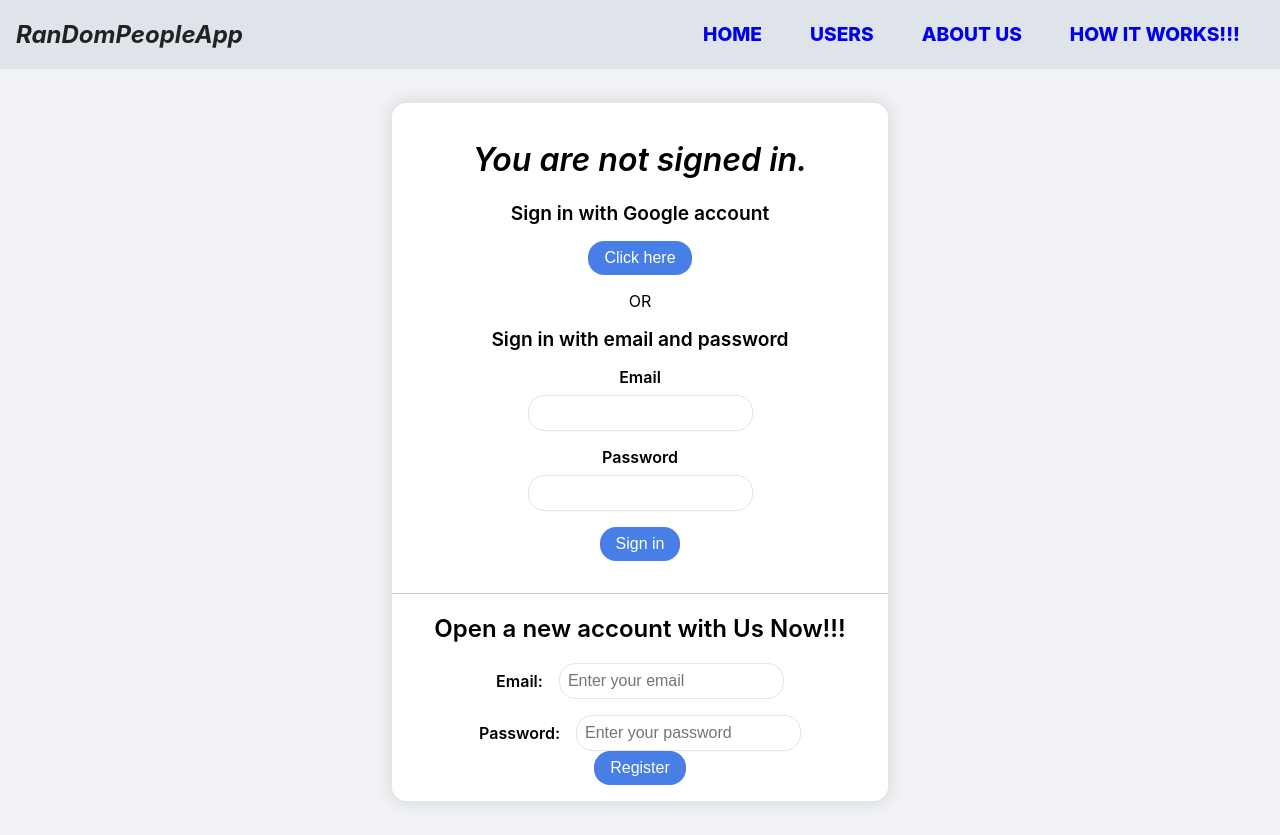
Repository: MikkyPrestige/RandomProfiles
Page: /profile
The author's editor kept a copy of each file at every save. The page is drawn from the files as they stood at one save, then again after the next save.
The browser window is 1280 px wide. The pictures show the whole page.
The page's requests for data from a server got no answer. The project was rebuilt for these pictures with package versions that can differ from the ones it lists, and the page was loaded fresh each time. Some packages were replaced by stand-ins written for this rebuild. No one was signed in, and anything a server would have sent is missing. Also part of the build but not shown: src/assets/styles/home.css, src/components/avatar.jsx, src/components/home.jsx, src/assets/styles/users.css, src/components/users.jsx, src/assets/styles/search.css, src/components/search.jsx, src/assets/styles/help.css and 6 more.

Above is the page before, as saved 2022-11-30 04:08:04.

### public/index.html
<!DOCTYPE html>
<html lang="en">

<head>
  <meta charset="utf-8" />
  <link rel="icon" href="%PUBLIC_URL%/favicon.ico" />
  <meta name="viewport" content="width=device-width, initial-scale=1" />
  <meta name="theme-color" content="#000000" />
  <meta name="description" content="Web site created using create-react-app" />
  <link rel="apple-touch-icon" href="%PUBLIC_URL%/logo192.png" />
  <!--
      manifest.json provides metadata used when your web app is installed on a
      user's mobile device or desktop. See https://developers.google.com/web/fundamentals/web-app-manifest/
    -->
  <link rel="manifest" href="%PUBLIC_URL%/manifest.json" />
  <!--
      Notice the use of %PUBLIC_URL% in the tags above.
      It will be replaced with the URL of the `public` folder during the build.
      Only files inside the `public` folder can be referenced from the HTML.

      Unlike "/favicon.ico" or "favicon.ico", "%PUBLIC_URL%/favicon.ico" will
      work correctly both with client-side routing and a non-root public URL.
      Learn how to configure a non-root public URL by running `npm run build`.
    -->
  <title>AltSchool Assignment 2</title>
</head>

<body>
  <noscript>You need to enable JavaScript to run this app.</noscript>
  <div id="root"></div>
  <!--
      This HTML file is a template.
      If you open it directly in the browser, you will see an empty page.

      You can add webfonts, meta tags, or analytics to this file.
      The build step will place the bundled scripts into the <body> tag.

      To begin the development, run `npm start` or `yarn start`.
      To create a production bundle, use `npm run build` or `yarn build`.
    -->
</body>

</html>

### src/index.css
body {
  margin: 0;
  font-family: -apple-system, BlinkMacSystemFont, 'Segoe UI', 'Roboto', 'Oxygen',
    'Ubuntu', 'Cantarell', 'Fira Sans', 'Droid Sans', 'Helvetica Neue',
    sans-serif;
  -webkit-font-smoothing: antialiased;
  -moz-osx-font-smoothing: grayscale;
  background-color: #f1f2f6;
}

code {
  font-family: source-code-pro, Menlo, Monaco, Consolas, 'Courier New',
    monospace;
}

### src/App.jsx
import * as React from "react";
import { ErrorBoundary } from "react-error-boundary";
import { Route, Routes } from "react-router-dom";
import {
  Layout,
  Home,
  Users,
  Search,
  Help,
  About,
  Error,
  ErrorFallBack,
  Profile,
  // Footer,
} from "./components";

const App = () => {
  return (
    <div className="App">
      <main>
        <ErrorBoundary FallbackComponent={ErrorFallBack}>
          <Layout />
          <Routes>
            <Route path="/" element={<Home />} />
            <Route path="users">
              <Route index element={<Users />} />
              <Route path=":id" element={<Search />} />
            </Route>
            <Route path="profile" element={<Profile />} />
            <Route path="help" element={<Help />} />
            <Route path="about" element={<About />} />
            <Route path="*" element={<Error />} />
          </Routes>
        </ErrorBoundary>
        {/* <Footer /> */}
      </main>
    </div>
  );
};

export default App;

### src/components/index.js
export { default as Layout } from "./layout";
export { default as Home } from "./home";
export { default as Users } from "./users";
export { default as Search } from "./search";
export { default as Help } from "./help";
export { default as About } from "./about";
export { default as Error } from "./error";
export { default as ErrorFallBack } from "./errorFallback";
export { default as Profile } from "./profile";
export { Footer } from "./avatar";

### src/components/layout.jsx
// LAYOUT COMPONENT - This component is for the App Layout that displays the Navigation bar in the app UI to the user when app is open

import { NavLink } from "react-router-dom";
import "../assets/styles/layout.css";

const CustomNavLink = ({ to, ...props }) => {
  let activeStyle = {
    textDecoration: 'underline',
    color: 'red',
  };

  return (
    <NavLink
      style={({ isActive }) =>
        isActive ? activeStyle : { textDecoration: 'none' }
      }
      to={to}
      end
      {...props}
    />
  );
};


const Layout = () => {

  return (
    <nav className="layout">
      <div className="app-header">
        <h1>RanDomPeopleApp</h1>
      </div>
      <div className="nav__items">
        <CustomNavLink to="/" className="nav__item">Home</CustomNavLink>
        <CustomNavLink to="users" className="nav__item">Users</CustomNavLink>
        <CustomNavLink to="about" className="nav__item">About us</CustomNavLink>
        <CustomNavLink to="help" className="nav__item">How it works!!!</CustomNavLink>
      </div>
    </nav>
  );
}

export default Layout;

### src/components/profile.jsx
import {
  signInWithRedirect,
  auth,
  provider,
  getRedirectResult,
  onAuthStateChanged,
  createUserWithEmailAndPassword,
  signInWithEmailAndPassword,
  signOut,
  deleteUser,
} from "../config";
import { useEffect, useState } from "react";
import { Avatar } from "./avatar";
import "../assets/styles/profile.css";

const Profile = () => {
  const [user, setUser] = useState(null);
  const [signedIn, setSignedIn] = useState(false);
  const [email, setEmail] = useState("");
  const [password, setPassword] = useState("");
  const [error, setError] = useState(null);

  // handle register form
  const handleRegister = (e) => {
    e.preventDefault();
    createUserWithEmailAndPassword(auth, email, password)
      .then(() => {
        // Signed in
        console.log("User account created & signed in!");
      })
      .catch((error) => {
        if (error.code === "auth/email-already-in-use") {
          setError("This email address is already in use!");
        }
        if (error.code === "auth/invalid-email") {
          setError("This email address is invalid!");
        }
        console.error(error);
      });
  };

  // sign in with email and password
  const handleSignIn = (e) => {
    e.preventDefault();
    signInWithEmailAndPassword(auth, email, password)
      .then(() => {
        console.log("User signed in!");
      })
      .catch((error) => {
        if (error.code === "auth/wrong-password") {
          setError("Wrong password!");
        }
        if (error.code === "auth/user-not-found") {
          setError("User not found!");
        }
        console.error(error);
      });
  };

  // handle onchange
  const handleChange = (e) => {
    const { name, value } = e.target;
    if (name === "email") {
      setEmail(value);
    }
    if (name === "password") {
      setPassword(value);
    }
  };

  // handle sign In
  const signIn = (e) => {
    e.preventDefault();
    signInWithRedirect(auth, provider);
  };

  // handle sign out
  const handleSignOut = (e) => {
    e.preventDefault();
    signOut(auth)
      .then(() => {
        console.log("User signed out!");
      })
      .catch((error) => {
        console.error(error);
      });
  };

  // handle delete user
  const handleDelete = (e) => {
    e.preventDefault();
    deleteUser(auth.currentUser)
      .then(() => {
        console.log("User deleted!");
      })
      .catch((error) => {
        console.error(error);
      });
  };

  // Get redirect result
  useEffect(() => {
    getRedirectResult(auth)
      .then((result) => {
        if (result) {
          setSignedIn(true);
          // navigate("/users");
        } else {
          // console.log("No user");
        }
      })
      .catch((error) => {
        console.log(error);
      });
  }, []);

  // Check auth state
  useEffect(() => {
    onAuthStateChanged(auth, (user) => {
      if (user) {
        // destructure user
        const { displayName, photoURL, email, phoneNumber } = user;
        // set user state
        setUser({ displayName, photoURL, email, phoneNumber });
        // navigate("/users");
      } else {
        setUser(null);
      }
    });
  }, []);

  return (
    <div className="profile">
      <div className="profile__container">
        <div className="profile__desc">
          {user ? (
            <div className="profile__user">
              <h1 className="profile__title">Welcome, you are signed in.</h1>
              <Avatar image={user.photoURL} alt="user" style={{ width: '10rem', height: '10rem', borderRadius: '50%' }} />
              <p className="profile__detail"><strong>Signed in account name: </strong>{user.displayName}</p>
              <p className="profile__detail"><strong>Signed in email: </strong>{user.email}</p>
              <p className="profile__detail">{user.phoneNumber}</p>
              <div className="btn__wrapper">
                <button onClick={handleSignOut} className="btn">
                  Sign Out
                </button>
                <button onClick={handleDelete} className="btn">
                  Delete Account
                </button>
              </div>
            </div>
          ) : (
            <div className="profile__user">
              <div className="profile__wrapper">
                <h1 className="profile__title">You are not signed in.</h1>
                <h2 className="profile__head">Sign in with Google account</h2>
                <button onClick={signIn} className="sign__btn">
                  Click here
                </button>
                <p className="or">OR</p>
                <h2 className="profile__head">Sign in with email and password</h2>
                <form onSubmit={handleSignIn} className="signIn__form">
                  <label htmlFor="email" className="signIn__label">Email</label>
                  <input
                    type="email"
                    name="email"
                    id="email"
                    value={email}
                    onChange={handleChange}
                    className="signIn__input"
                  />
                  <label htmlFor="password" className="signIn__label">Password</label>
                  <input
                    type="password"
                    name="password"
                    id="password"
                    value={password}
                    onChange={handleChange}
                    className="signIn__input"
                  />
                  {error && <p className="error">{error}</p>}
                  <button type="submit" className="sign__btn">
                    Sign in
                  </button>
                </form>
              </div>
              <div className="register__container">
              <h2 className="register__title">Open a new account with Us Now!!!</h2>
              <form onSubmit={handleRegister} className="register__form">
                <div className="register__group">
                  <label htmlFor="email" className="register__label">
                    Email:
                  </label>
                  <input
                    type="email"
                    name="email"
                    value={email}
                    placeholder="Enter your email"
                    onChange={handleChange}
                    className="register__input"
                  />
                  {error && <p className="error">{error}</p>}
                </div>
                <div className="register__group">
                  <label htmlFor="password" className="register__label">
                    Password:
                  </label>
                  <input
                    type="password"
                    name="password"
                    placeholder="Enter your password"
                    value={password}
                    onChange={handleChange}
                    className="register__input"
                  />
                </div>
                <button type="submit" className="sign__btn">
                  Register
                </button>
              </form>
              </div>
            </div>
          )}
        </div>
      </div>
    </div>
  );
};

export default Profile;

### src/assets/styles/layout.css
.layout {
  background-color: #dfe4ea;
  padding: 0rem 1rem;
  color: #222;
  display: flex;
  align-items: center;
  justify-content: space-between;
}

.app-header {
  font-style: italic;
}

.nav__items {
  display: flex;
  align-items: center;
  list-style: none;
  flex-wrap: wrap;
}

.nav__item {
  font-size: 1.2rem;
  font-weight: 800;
  padding: 1rem 1.5rem;
  text-transform: uppercase;
}

.attribution {
  text-align: center;
}

.footer {
  color: #222;
  text-decoration: none;
  cursor: pointer;
  font-style: italic;
  font-weight: 600;
}

### src/config/index.js
// Import the functions you need from the SDKs you need
import { initializeApp } from "firebase/app";
import {
  getAuth,
  signInWithRedirect,
  GoogleAuthProvider,
  getRedirectResult,
  onAuthStateChanged,
  createUserWithEmailAndPassword,
  signInWithEmailAndPassword,
  signOut,
  deleteUser
} from "firebase/auth";

// web app's Firebase configuration
const firebaseConfig = {
  apiKey: "AIzaSyCfrfw6chi091bWLqJvanxAUTxgJ5XqEu0",
  authDomain: "random-people-app.firebaseapp.com",
  projectId: "random-people-app",
  storageBucket: "random-people-app.appspot.com",
  messagingSenderId: "1097586453252",
  appId: "1:1097586453252:web:4575afe7663a752ae77e51",
};

// Initialize Firebase
const app = initializeApp(firebaseConfig);
// Setup Google auth provider
const provider = new GoogleAuthProvider();

const auth = getAuth();

export {
  app,
  provider,
  auth,
  signInWithRedirect,
  getRedirectResult,
  onAuthStateChanged,
  createUserWithEmailAndPassword,
  signInWithEmailAndPassword,
  signOut,
  deleteUser
};

### src/assets/styles/profile.css
.profile {
  padding: 2rem;
  height: 100%;
}

.profile__container {
  display: flex;
  flex-direction: column;
  align-items: center;
  justify-content: center;
}

.profile__desc {
  text-align: center;
  max-width: 500px;
  width: 100%;
}

.profile__user {
  background-color: #fff;
  border: 2px solid #e1e8e1;
  border-radius: 1rem;
  box-shadow: 0 0 1rem rgba(0, 0, 0, 0.1);
  padding: 1rem 0;
}

.profile__title {
  font-size: 2rem;
  font-weight: 600;
  font-style: oblique;
}

.profile__detail {
  font-size: 1.2rem;
  font-weight: 400;
}

.btn__wrapper {
  display: flex;
  justify-content: center;
  align-items: center;
  gap: 5rem;
  margin-top: 2rem;
}

.btn {
  background-color: #e1e8e1;
  color: red;
  border: none;
  border-radius: 1rem;
  padding: .5rem;
  font-size: 1rem;
  cursor: pointer;
}

.btn:hover {
  background-color: #d1d8d1;
  color: #0651ddbb;
}

.btn:active {
  background-color: #c1c8c1;
  color: #0651ddbb;
}

.sign__btn {
  background-color: #0651ddbb;
  color: #fff;
  border: none;
  border-radius: 1rem;
  padding: .5rem 1rem;
  font-size: 1rem;
  cursor: pointer;
}

.sign__btn:hover {
  background-color: #0651dd;
  color: #fff;
}

.sign__btn:active {
  background-color: #0651dd;
  color: #fff;
}

.profile__wrapper {
  /* display: flex;
  flex-direction: column;
  justify-content: center;
  align-items: center; */
  /* gap: 2rem; */
  /* margin-top: 2rem; */
}

.profile__head {
  font-size: 1.2rem;
  font-weight: 600;
  text-align: center;
  margin-bottom: 1rem;
}

.signIn__form {
  display: flex;
  flex-direction: column;
  justify-content: center;
  align-items: center;
}

.signIn__label {
  font-size: 1rem;
  font-weight: 600;
  margin-bottom: .5rem;
}

.signIn__input {
  border: 1px solid #e1e8e1;
  border-radius: 1rem;
  padding: .5rem;
  font-size: 1rem;
  margin-bottom: 1rem;
}

.register__container {
  margin-top: 2rem;
  border-top: 1px solid #ccc;
}

.register__title {
  font-size: 1.5rem;
  font-weight: 600;
}

.register__group {
  display: flex;
  justify-content: center;
  align-items: center;
  gap: 1rem;
  margin-top: 1rem;
}

.register__label {
  font-size: 1rem;
  font-weight: 600;
}

.register__input {
  border: 1px solid #e1e8e1;
  border-radius: 1rem;
  padding: .5rem;
  font-size: 1rem;
}

Loaded but not shown: src/index.js (common file)

After the next save:
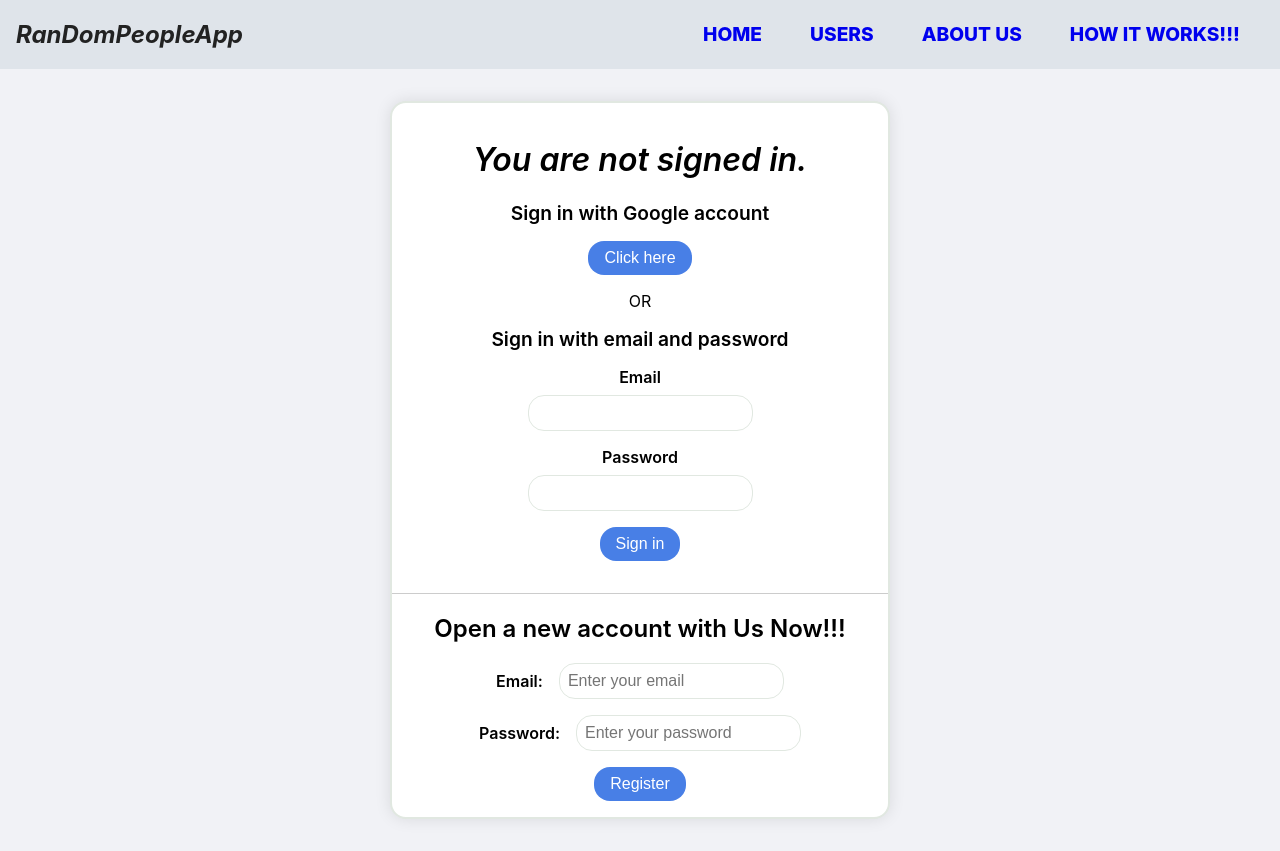
Saved 44 s later.
--- a/src/assets/styles/profile.css
+++ b/src/assets/styles/profile.css
@@ -135,7 +135,7 @@
   justify-content: center;
   align-items: center;
   gap: 1rem;
-  margin-top: 1rem;
+  margin: 1rem;
 }
 
 .register__label {
